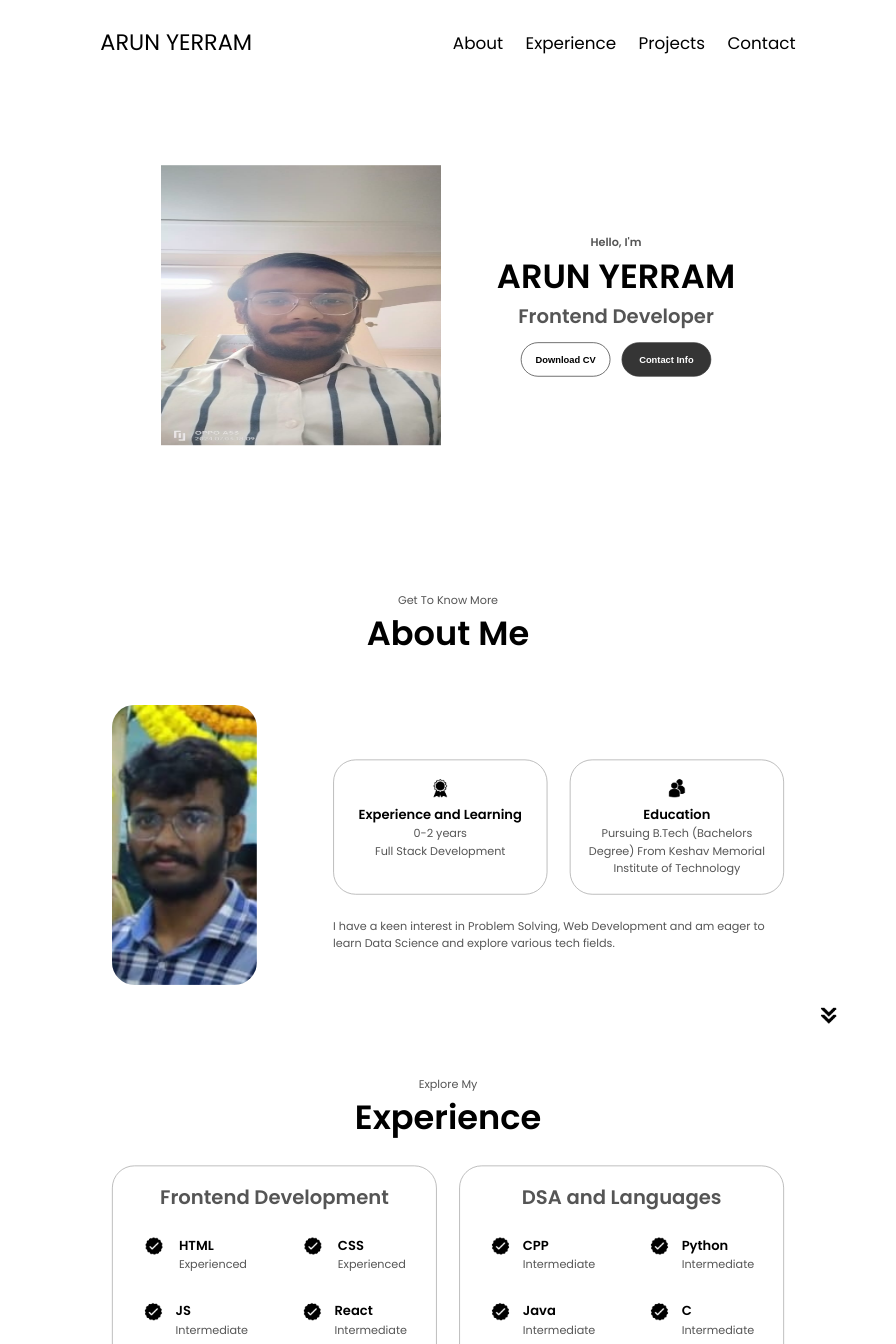
Repository: ARUN-YERRAM/ARUN-YERRAM-PORTFOLIO
Page: index.html
The author's editor kept a copy of each file at every save. The page is drawn from the files as they stood at one save, then again after the next save.
The browser window is 1280 px wide. The pictures show the part of the page from y = 0 to 1920 px (the page is 3401 px tall), at 70% of full size.

Above is the page before, as saved 2024-09-04 01:25:56.

After the next save:
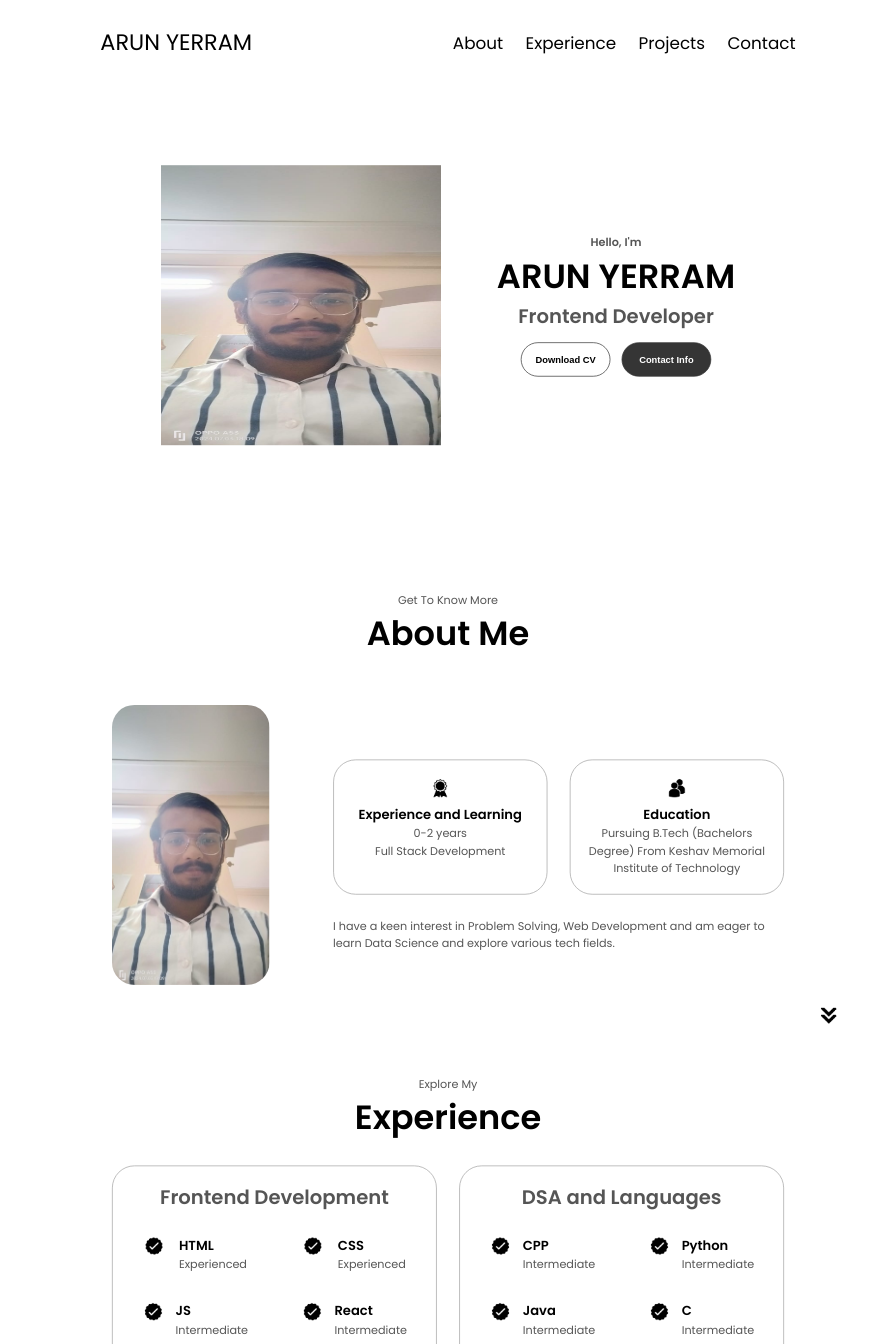
Saved 97 s later.
--- a/index.html
+++ b/index.html
@@ -65,7 +65,7 @@
     <h1 class="title">About Me</h1>
     <div class="section-container">
       <div class="section__pic-container">
-        <img src="./assets/Photo1.jpg" alt="Profile picture" class="about-pic" />
+        <img src="./assets/Arun.jpg" alt="Profile picture" class="about-pic" />
       </div>
       <div class="about-details-container">
         <div class="about-containers">
